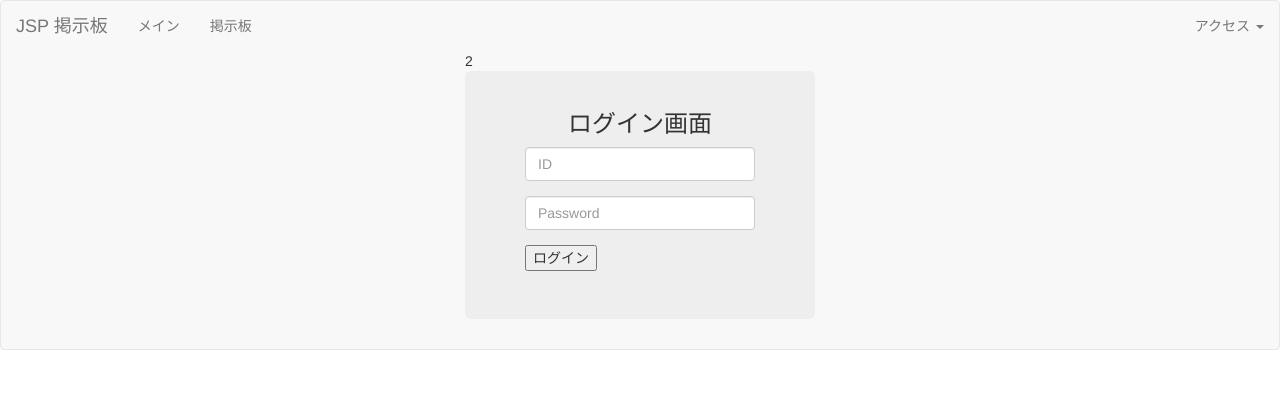
Repository: dengpu/JSP
Page: http://localhost/BBS/login.jsp
An editor plug-in stored every save of this project. The page is shown before and after the next save, followed by the edit.
The browser window is 1280 px wide. The pictures show the whole page.
Some web libraries are served in a nearby version. The page is served by Tomcat 9. Other server files are loaded and not shown.

Above is the page before, as saved 2017-05-15 02:19:38.

### BBS/WebContent/login.jsp
<%@ page language="java" contentType="text/html; charset=UTF-8"
	pageEncoding="UTF-8"%>
<!DOCTYPE html>
<html>
<head>
<meta http-equiv="Content-Type" content="text/html; charset=UTF-8">
<meta name="viewport" content="width=device-width, initial-scale=1">
<link rel="stylesheet" href="css/bootstrap.css">
<title>JSP 掲示板</title>
</head>
<body>
	<nav class="navbar navbar-default">
		<div class="navbar-header">
			<button type=button class="navbar-toggle collapsed"
				data-toggle="collapse" data-target="#bs-example-navbar-collapse-1"
				aria-expanded="false">
				<span class="icon-bar"></span> <span class="icon-bar"></span> <span
					class="icon-bar"></span>

			</button>
			<a class="navbar-brand" href="main.jsp">JSP 掲示板</a>
		</div>
		<div class="collapse navbar-collapse"
			id="bs-example-navbar-collapse-1">
			<ul class="nav navbar-nav ">
				<li><a href="main.jsp">メイン</a></li>
				<li><a href="bbs.jsp">掲示板</a></li>
			</ul>

			<ul class="nav navbar-nav navbar-right">
				<li class="dropdown"><a href="#" class="dropdown-toggle"
					data-toggle="dropdown" role="button" aria-haspopup="true"
					aria-expanded="false">アクセス <span class="caret"></span>

				</a>
					<ul class="dropdown-menu">
						<li><a href="login.jsp">ログイン</a></li>
						<li><a href="login.jsp">会員登録</a></li>

					</ul></li>
			</ul>
		</div>
		<div class="container">
			<div class="col-lg-4"></div>
			<div class="col-lg-4">
			2
			<div class="jumbotron" style="padding-top:20px;">
			<form method="post" action="loginAction.jsp">
			<h3 style="text-align:center">ログイン画面</h3>
			<div class="form-group">
				<input type="text" class="form-control" placeholder="ID" name="userID" maxlength="20">
				</div>
				<div class="form-group">
				<input type="password" class="form-control" placeholder="Password" name="userPassword" maxlength="20">
				</div>
				<input type="submit" value="ログイン">

			</form>

			</div>
			</div>


		</div>


	</nav>

	<script src="https://code.jquery.com/jquery-3.1.1.min.js"></script>
	<script src="js/bootstrap.js"></script>

</body>
</html>

Loaded but not shown: BBS/WebContent/css/bootstrap.css (library); BBS/WebContent/js/bootstrap.js (library)

After the next save:
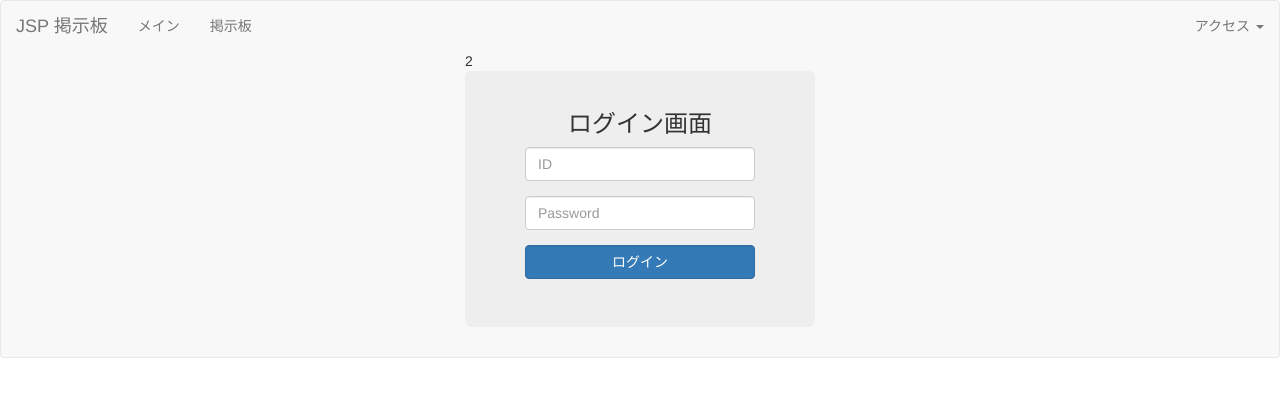
Saved 30 s later.
--- a/BBS/WebContent/login.jsp
+++ b/BBS/WebContent/login.jsp
@@ -53,7 +53,7 @@
 				<div class="form-group">
 				<input type="password" class="form-control" placeholder="Password" name="userPassword" maxlength="20">
 				</div>
-				<input type="submit" value="ログイン">
+				<input type="submit" class="btn btn-primary form-control" value="ログイン">
 
 			</form>
 
